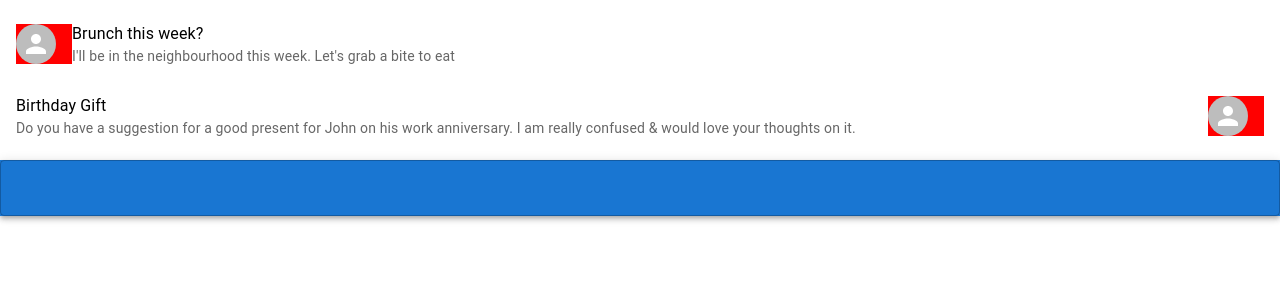
Repository: background-position/midway-react
Page: /chart
These files come from the project's save history. The page is drawn as it stood at one moment and after a run of saves; the edit follows.
The browser window is 1280 px wide. The pictures show the whole page.
The project was rebuilt for these pictures with package versions that can differ from the ones it lists, and the page was loaded fresh each time. Also part of the build but not shown: vite.config.ts, src/service/apis/lambda/index.ts, src/client/pages/login/login.tsx, src/client/pages/register/register.tsx.

Above is the page before, as saved 2021-12-31 18:05:55.

After the next 4 saves:
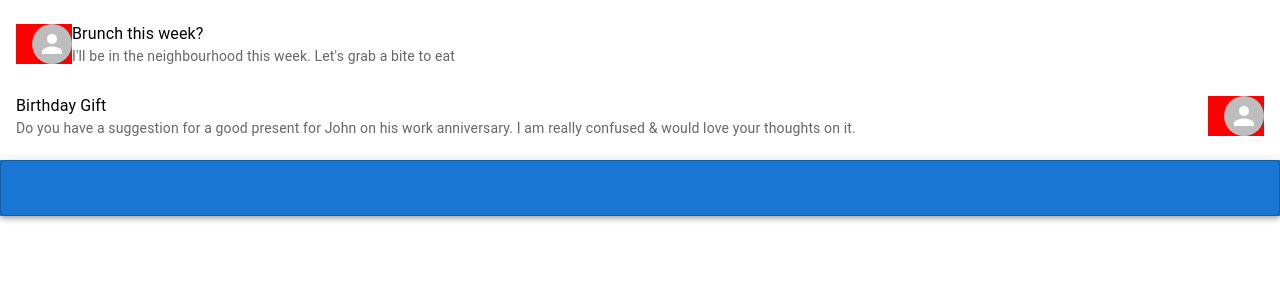
The 4 saves are shown as one change because 2 did not build or start and some came seconds apart.
The last was saved 46 s later.
--- a/src/client/pages/chart/components/chart.tsx
+++ b/src/client/pages/chart/components/chart.tsx
@@ -26,6 +26,7 @@ const useStyles = makeStyles({
     root: {
         backgroundColor: 'red',
         display: 'flex',
+        justifyContent: 'flex-end',
     },
 });
 
